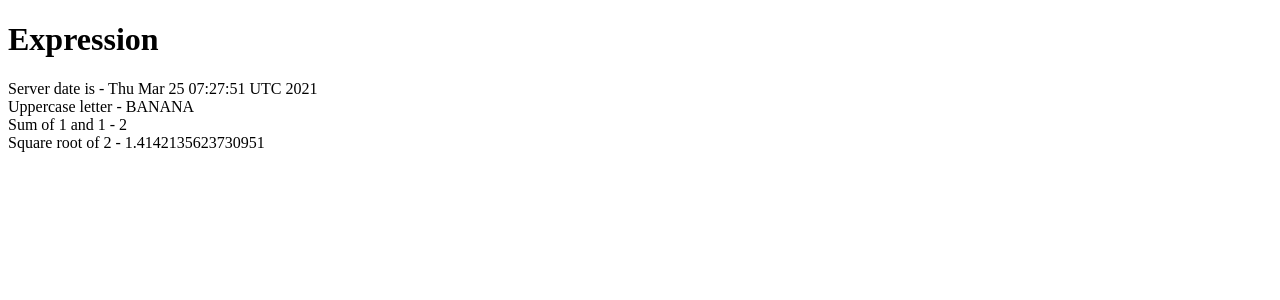
Repository: mrhpn/JavaEE--JSP-SERVLET
Page: http://localhost/JSP_JSTL/expression-demo.jsp
The author's editor kept a copy of each file at every save. The page is drawn from the files as they stood at one save, then again after the next save.
The browser window is 1280 px wide. The pictures show the whole page.
The page is served by Tomcat 9.

Above is the page before, as saved 2021-03-25 08:19:36.

After the next save:
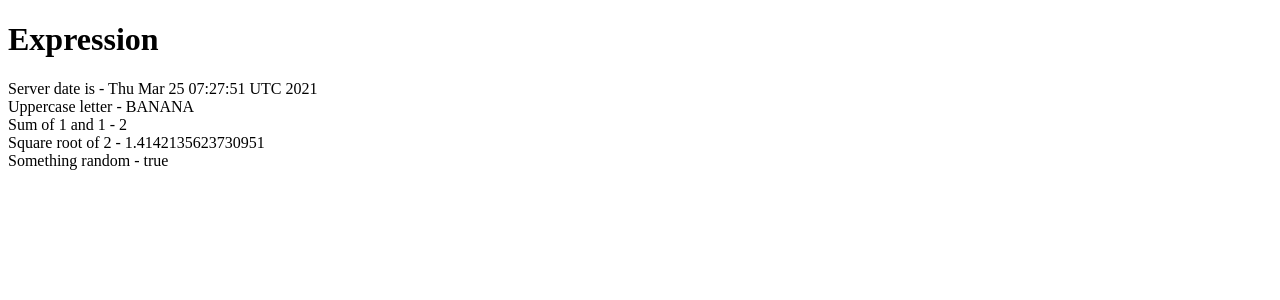
Saved 107 s later.
--- a/JSP_JSTL/WebContent/expression-demo.jsp
+++ b/JSP_JSTL/WebContent/expression-demo.jsp
@@ -17,6 +17,8 @@
 	Sum of 1 and 1 - <%= 1 + 1 %>
 	<br>
 	Square root of 2 - <%= Math.sqrt(2) %>
+	<br>
+	Something random - <%= new String("apple").contains("a") %>
 
 </body>
 </html>
